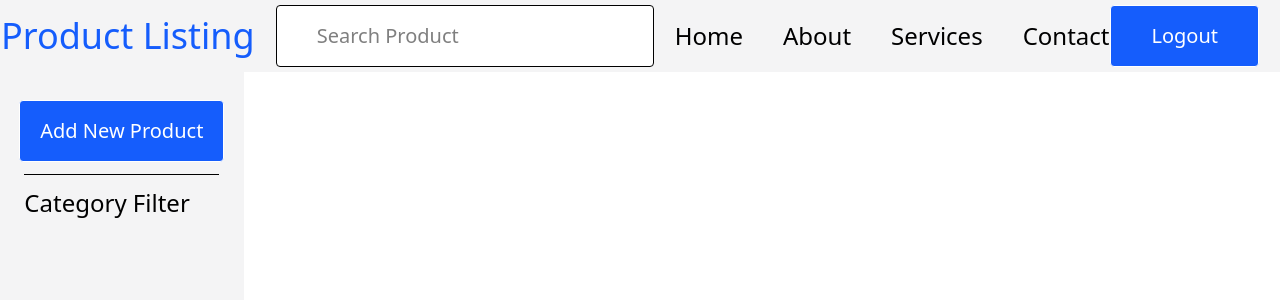
Repository: Habeebur1493/project
Page: /Home
These files come from the project's save history. The page is drawn as it stood at one moment and after the next save; the edit follows.
The browser window is 1280 px wide. The pictures show the whole page.
The page's requests for data from a server got no answer. The project was rebuilt for these pictures with package versions that can differ from the ones it lists, and the page was loaded fresh each time. No one was signed in, and anything a server would have sent is missing. Also part of the build but not shown: vite.config.js, src/Components/Login.jsx, src/Components/Loading.jsx, src/Components/Details.jsx, src/Components/About.jsx, src/Components/Services.jsx, src/Components/Contact.jsx.

Above is the page before, as saved 2025-01-31 20:43:21.

After the next save:
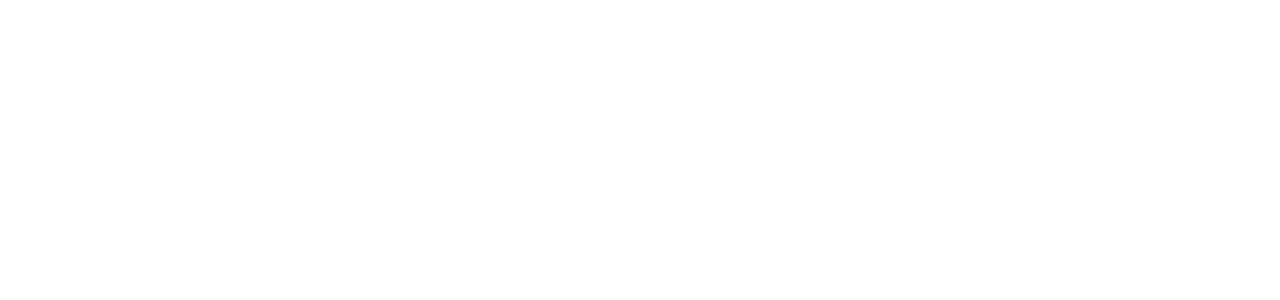
Console error: ReferenceError: useState is not defined
Saved 2 min 57 s later.
--- a/src/Components/Nav.jsx
+++ b/src/Components/Nav.jsx
@@ -8,6 +8,7 @@
 const Nav = () => {
   const { products } = useContext(ProductContext);
   const navigate = useNavigate();
+  const [searchQuery, setSearchQuery] = useState("");
 
 
   let category  =

After the 4 saves that followed:
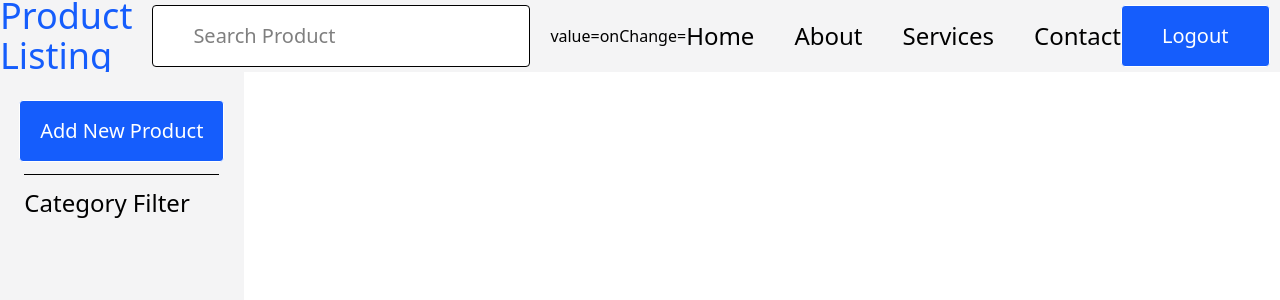
The error is gone.
The 4 saves are shown as one change because 3 left the picture as it was.
The last was saved 2 min 48 s later.
--- a/src/Components/Nav.jsx
+++ b/src/Components/Nav.jsx
@@ -1,7 +1,7 @@
 import React, { useContext } from "react";
 import { ProductContext } from "./utils/Context";
-import { Link, useNavigate } from "react-router-dom";
-
+import { Link, useNavigate,  } from "react-router-dom";
+import { useState } from "react";
 
 
 
@@ -19,6 +19,10 @@
     localStorage.removeItem("token");
     navigate("/");
   }
+  const filteredProducts = products.filter((product) =>
+    product.title.toLowerCase().includes(searchQuery.toLowerCase())
+  );
+
   return (
     <>
       <nav className="w-[20%] h-[100%] bg-zinc-100 flex flex-col items-center pt-5  ">
@@ -48,7 +52,12 @@
 
       <nav className="w-screen h-[10%] bg-zinc-100 flex justify-evenly items-center absolute overflow-y-auto">
         <h1 className=" mr-5 text-4xl text-bold text-blue-600">Product Listing</h1>
-        <input type="text" placeholder="Search Product" className="mr-5 py-4 px-10 border rounded text-black text-xl bg-white" />
+        <input
+        type="text"
+        placeholder="Search Product"
+        className="mr-5 py-4 px-10 border rounded text-black text-xl bg-white" />
+        value={searchQuery}
+        onChange={(e) => setSearchQuery(e.target.value)}
         <ul className="flex gap-10 text-2xl">
           <Link to="/Home">Home</Link>
           <Link to="/About">About</Link>
